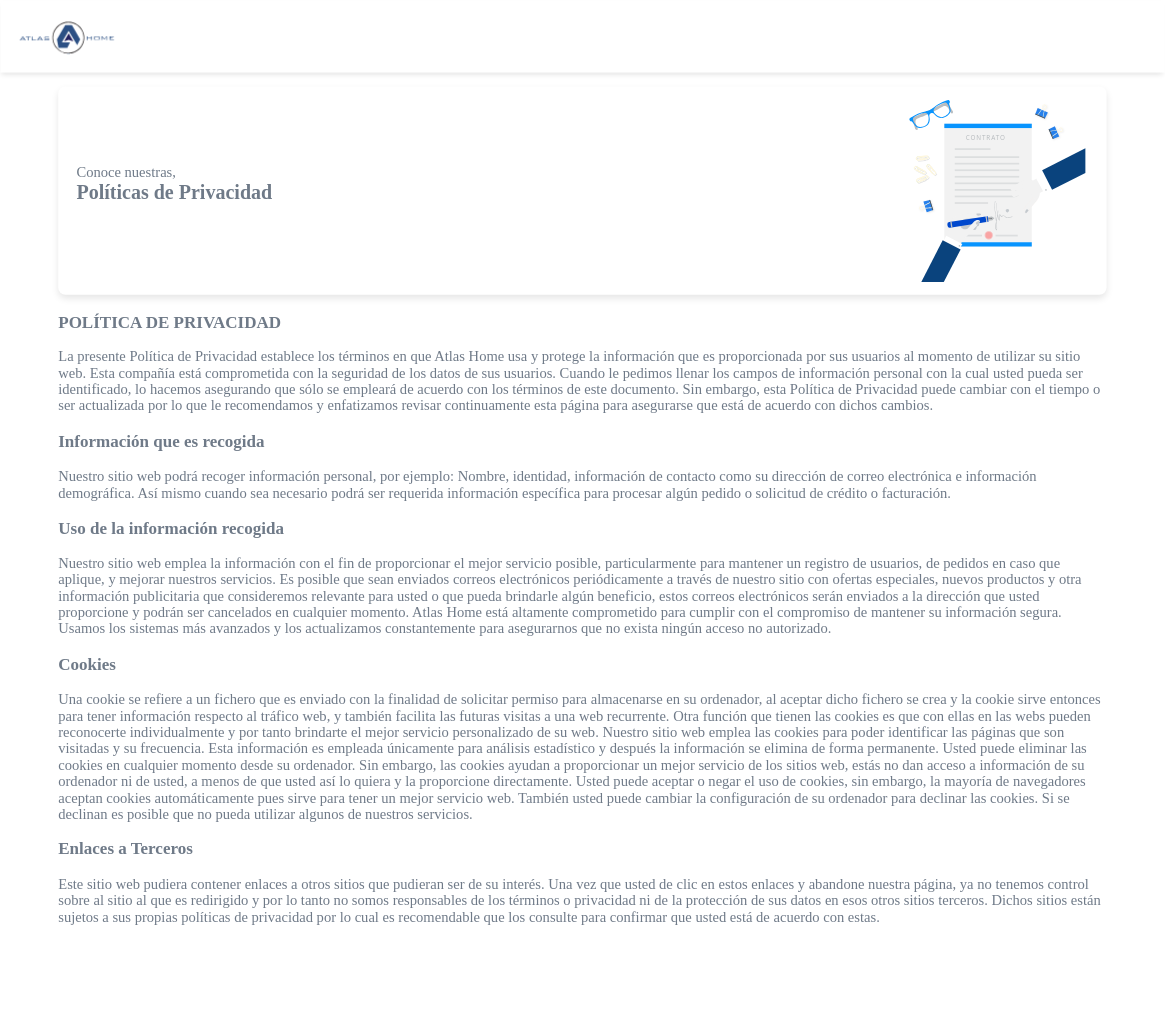
Repository: FabioMadrid/atlas_code
Page: politicas_privacidad.html
The author's editor kept a copy of each file at every save. The page is drawn from the files as they stood at one save, then again after the next save.
The browser window is 1280 px wide. The pictures show the whole page, at 91% of full size.
Some web fonts or font styles are not loaded; a fallback is used. Some web libraries are served in a nearby version.

Above is the page before, as saved 2021-01-13 10:49:57.
Console error: TypeError: Cannot read properties of null (reading 'click')

### politicas_privacidad.html
<!DOCTYPE html>
<html lang="en">
<head>
    <meta charset="UTF-8">
    <meta name="viewport" content="width=device-width, initial-scale=1.0">
    <link rel="stylesheet" href="https://cdnjs.cloudflare.com/ajax/libs/font-awesome/4.7.0/css/font-awesome.min.css">
    <script src="https://kit.fontawesome.com/8bf4511c4b.js" crossorigin="anonymous"></script>
    <link rel="stylesheet" href="css/general.css">
    <link rel="stylesheet" href="css/perfil_vendedor.css">
    <link rel="stylesheet" href="https://atlas-home-colombia.s3.amazonaws.com/fonts/fonts.css">
    <title>Atlas Home</title>
</head>
<body>

    <div class="topnav" id="myTopnav">
        <div class="column-25" style="left: 0;">
            <a href="./index.html">
                <img src="./svg/logo_alargado_azul.svg" alt="Logo Atlas" id="logo-navbar">
            </a>
        </div>

    </div>



    <div class="titulo-inmueble hide-mobile" style="margin-top: 95px;" id="titulo-propiedad">
        <div class="space-between" style="margin-top: 5px;">

            <div class="text">
                <span >Conoce nuestras</span>,
                <br>
                <b style="font-size: 22px;display:block">Políticas de Privacidad</b>
                <br>

            </div>

            <div class="relative-container">

                    <img src="./svg/contrato.svg" alt="Logo Atlas" class="dibujo">

            </div>

        </div>
    </div>


    <section style="margin: 0 5% 100px" class="text">

        <h3> POLÍTICA DE PRIVACIDAD</h3>

        La presente Política de Privacidad establece los términos en que Atlas Home usa y protege la información que es proporcionada por sus usuarios al momento de utilizar su sitio web. Esta compañía está comprometida con la seguridad de los datos de sus usuarios. Cuando le pedimos llenar los campos de información personal con la cual usted pueda ser identificado, lo hacemos asegurando que sólo se empleará de acuerdo con los términos de este documento. Sin embargo, esta Política de Privacidad puede cambiar con el tiempo o ser actualizada por lo que le recomendamos y enfatizamos revisar continuamente esta página para asegurarse que está de acuerdo con dichos cambios.

        <h3>Información que es recogida</h3>
        Nuestro sitio web podrá recoger información personal, por ejemplo: Nombre, identidad, información de contacto como su dirección de correo electrónica e información demográfica. Así mismo cuando sea necesario podrá ser requerida información específica para procesar algún pedido o solicitud de crédito o facturación.

        <h3>Uso de la información recogida</h3>
        Nuestro sitio web emplea la información con el fin de proporcionar el mejor servicio posible, particularmente para mantener un registro de usuarios, de pedidos en caso que aplique, y mejorar nuestros servicios. Es posible que sean enviados correos electrónicos periódicamente a través de nuestro sitio con ofertas especiales, nuevos productos y otra información publicitaria que consideremos relevante para usted o que pueda brindarle algún beneficio, estos correos electrónicos serán enviados a la dirección que usted proporcione y podrán ser cancelados en cualquier momento.

        Atlas Home está altamente comprometido para cumplir con el compromiso de mantener su información segura. Usamos los sistemas más avanzados y los actualizamos constantemente para asegurarnos que no exista ningún acceso no autorizado.

        <h3> Cookies </h3>
        Una cookie se refiere a un fichero que es enviado con la finalidad de solicitar permiso para almacenarse en su ordenador, al aceptar dicho fichero se crea y la cookie sirve entonces para tener información respecto al tráfico web, y también facilita las futuras visitas a una web recurrente. Otra función que tienen las cookies es que con ellas en las webs pueden reconocerte individualmente y por tanto brindarte el mejor servicio personalizado de su web.

        Nuestro sitio web emplea las cookies para poder identificar las páginas que son visitadas y su frecuencia. Esta información es empleada únicamente para análisis estadístico y después la información se elimina de forma permanente. Usted puede eliminar las cookies en cualquier momento desde su ordenador.

        Sin embargo, las cookies ayudan a proporcionar un mejor servicio de los sitios web, estás no dan acceso a información de su ordenador ni de usted, a menos de que usted así lo quiera y la proporcione directamente. Usted puede aceptar o negar el uso de cookies, sin embargo, la mayoría de navegadores aceptan cookies automáticamente pues sirve para tener un mejor servicio web. También usted puede cambiar la configuración de su ordenador para declinar las cookies. Si se declinan es posible que no pueda utilizar algunos de nuestros servicios.

        <h3> Enlaces a Terceros </h3>

        Este sitio web pudiera contener enlaces a otros sitios que pudieran ser de su interés. Una vez que usted de clic en estos enlaces y abandone nuestra página, ya no tenemos control sobre al sitio al que es redirigido y por lo tanto no somos responsables de los términos o privacidad ni de la protección de sus datos en esos otros sitios terceros. Dichos sitios están sujetos a sus propias políticas de privacidad por lo cual es recomendable que los consulte para confirmar que usted está de acuerdo con estas.



    </section>














    <script src="./js/vendedor.js"></script>
    <script src="js/general.js"></script>

</body>
</html>

### css/perfil_vendedor.css
.titulo-inmueble
{
    min-height: 80px;
    width: 90%;
    margin: auto;
    box-shadow: 0 4px 8px 0 rgba(0,0,0,0.1);
    border-radius: 8px;
    padding: 10px 20px;
    overflow: hidden;

}


.titulo-inmueble>h2
{
    margin: 5px 0 5px 0;
}
.titulo-propiedades
{
    font:"Forma DJR Text Edu" medium ;
    color: #0048CD;
    text-align: left;
}
.space-between
{
    justify-content: space-between;
    display: flex;
    display: -webkit-flex; /* Safari */
    flex-flow: row nowrap;
    align-items: center;
}
.text-t
{
    font-family:"Forma DJR Text Edu";
    color: #6F7A88;
    font-size: 16px;
    padding: 5px;
}

.dot {
    height: 12px;
    width: 12px;
    margin: 0 2px;
    background-color: #0894FE;
    border-radius: 50%;
    display: inline-block;
  }

.logo_empresa
{
    height: 100px;
    width: 100px;
    border-radius: 50%;
    vertical-align: middle;
    background-blend-mode: multiply;
    color: transparent;
    transition: all .3s ease;
    cursor: pointer;
}
.thumbnail
{
    height: 60px;
    width: 60px;
    border-radius: 50%;
    vertical-align: middle;
}
.upload_boton {
    opacity: 0;
    position: absolute;
    z-index: -1;
 }

 .info-card
 {
     height: 130px;
     width: 150px;
     margin:.7em;
     box-shadow: 0 4px 8px 0 rgba(0,0,0,0.2);
     border-radius: 8px;
     padding: none;
     overflow: hidden;
     padding: 10px;
 }
 .info-card:hover, .cita-card:hover
{
    box-shadow: 0 8px 16px 0 rgba(0,0,0,0.2);
    cursor: pointer;
}

 .cita-card
 {
     height: 250px;
     width: 250px;
     margin:.7em;
     box-shadow: 0 4px 8px 0 rgba(0,0,0,0.2);
     border-radius: 8px;
     padding: none;
     overflow: hidden;
     padding: 10px;
 }

 /*-------- Cards de propiedades--------*/
 .atlas-card
{
    height: 290px;
    width: 300px;
    margin:.7em;
    box-shadow: 0 4px 8px 0 rgba(0,0,0,0.2);
    transition: 0.3s;
    border-radius: 8px;
    padding: none;
    overflow: hidden;
}
.image-card
{
    height: 170px;
    width: 100%;
    object-fit: cover;
    vertical-align: middle;
}
.columna_modal_cita
{
  width: 45%;
  margin-top: 15px;
}


.contenedor-beneficios
{
    display: flex;
    flex-flow: row wrap;
    justify-content: flex-start;
    width: 90%;
    margin: auto;
}
.card-container
{
    display: flex;
    flex-flow: row nowrap;
    justify-content: space-around;
}
.icons
{
    height: 50px;
}
.cambiar_foto
{
    position: absolute;
    right: 0;
    bottom: 0;
    width: 20px;
    height:20px;
    background-color: white;
}
.dibujo
{
    width: 200px;
    height: 200px;
}

/*----------Clases de los accordiones ----------*/
.accordion {
    background-color: white;
    color: #444;
    cursor: pointer;
    padding: 18px;
    width: 100%;
    border: none;
    text-align: left;
    outline: none;
    font-size: 15px;
    transition: 0.4s;
    box-shadow: 0 4px 8px 0 rgba(0,0,0,0.1);
    margin-bottom: 1px;
  }

  .active-accordion, .accordion:hover
  {
    color: #0894FE;
    border-bottom: 1px solid #0894FE;
  }

  .accordion:after {
    content: 'Editar';
    color:#0894FE;
    font-weight: bold;
    float: right;
    margin-left: 5px;
  }

  .active-accordion:after {
    content: "Cancelar";
  }

  .panel {
    padding: 0 20px;
    background-color: white;
    max-height: 0;
    overflow: hidden;
    transition: max-height 0.2s ease-out;
    box-shadow: 0 4px 8px 0 rgba(0,0,0,0.1);
  }

  .text_blue
  {
      color: #0894FE ;
  }

  .tabcontent
{
    display: none;
    animation: fadeEffect 0.5s; /* Fading effect takes 1 second */
}


.b-tipo-cita
{
    color: #6F7A88;
    border-bottom: 1px solid #6F7A88;
    display: block;
    text-align: center;
    width: 25%;
    margin-top: 0;
    cursor: pointer;
    outline: none;
    padding: 10px;
    background-color: white;
}

.b-tipo-cita.active
{
  border-bottom: 2px solid #2680EB;
  color: #2680EB;
  font-weight: bold;
}

  /* The container */
  .checkbox {
    display: inline-block;
    position: relative;
    width: 100%;
    padding: 7px 0 7px 35px;
    margin: 12px 0;
    cursor: pointer;
    font-size: 16px;
    -webkit-user-select: none;
    -moz-user-select: none;
    -ms-user-select: none;
    user-select: none;
  }

  /* Hide the browser's default checkbox */
  .checkbox>input {
    position: absolute;
    opacity: 0;
    cursor: pointer;
    height: 0;
    width: 0;
  }

  /* Create a custom checkbox */
  .checkmark {
    position: absolute;
    left: 0;
    height: 22px;
    width: 22px;
    border: 3px solid #3B5A80;
    border-radius: 3px;
    background-color: #eee;
  }

  /* On mouse-over, add a grey background color */
  .checkbox:hover>input ~ .checkmark {
    background-color: #ccc;
  }

  /* When the checkbox is checked, add a blue background */
  .checkbox>input:checked ~ .checkmark {
    background-color: #0894FE;
    border: none;
  }

  /* Create the checkmark/indicator (hidden when not checked) */
  .checkmark:after {
    content: "";
    position: absolute;
    display: none;
  }

  /* Show the checkmark when checked */
  .checkbox>input:checked ~ .checkmark:after {
    display: block;
  }

  /* Style the checkmark/indicator */
  .checkbox .checkmark:after {
    left: 9px;
    top: 5px;
    width: 5px;
    height: 10px;
    border: solid white;
    border-width: 0 3px 3px 0;
    -webkit-transform: rotate(45deg);
    -ms-transform: rotate(45deg);
    transform: rotate(45deg);
  }

/* tabla para historial de citas */
.citas {
  border-collapse: collapse;
  width: 100%;
}

.citas td, .citas th {
  border: 1px solid #ddd;
  padding: 8px;
}

.citas tr:nth-child(even){background-color: #f2f2f2;}

.citas tr:hover {background-color: #ddd;cursor:pointer}

.citas th {
  padding-top: 12px;
  padding-bottom: 12px;
  text-align: left;
  background-color: #0048CD;
  color: white;
}


.contenedor_x
{
  display: flex;
  justify-content: space-between;
  flex-flow: row wrap;
}

.boton_azul
{
    color: #0894FE;
    background-color: white;
    border: #0894FE solid 1px;
    padding: 4px 8px;
    border-radius: 5px;
    display: block;
    width: 40%;
    height: 40px;
    font-size:16px;
    transition: background-color 0.4s;
    outline: none;
    margin: 8px 10px;
    text-align: center;
    min-width: 120px;
}

/*------------Step form en modal de citas -------*/

/* Styling Parts */
#part1,
#part2
{
  z-index: 2;
  display: block;
  height: auto;
  opacity: 1;
  transition: opacity 1s ease-in-out;
}

/* Hidden Parts */
#part2 {
  opacity: 0;
  height: 0;
  overflow: hidden;
}

/* Show Step 2 & Hide Step 1 */
#step2:checked ~ #part2 {
  opacity: 1;
  height: auto;
}
#step2:checked ~ #part1 {
  opacity: 0;
  height: 0;
  display: none;
}

@media screen and (max-width: 1500px)
{

  .columna_modal_cita
  {
    width: 35%;
  }


}

@media screen and (max-width: 1200px)
{

    .contenedor-beneficios
    {
        flex-flow: row wrap;
    }
    .contenedor_x
  {
    justify-content: center;
  }
  .columna_modal_cita
  {
    width: 100%;
  }

}

@media screen and (max-width: 765px)
{

    .contenedor-beneficios
    {
        justify-content: space-around;
    }
    .text-align
    {
        text-align: center;
    }

    .atlas-card
    {
        width: 100%;
    }
    .card-container
    {
        flex-flow: row wrap;
    }
    .main-text
    {
        font-size: 45px;
        margin: 0 5%;
    }
    .dibujo
    {
        margin: 20px auto;
    }
    .b-tipo-cita
    {
      width: 50%;
    }

}

@media screen and (max-width: 400px)
{
    .info-card
    {
        width: 250px;
    }
    .space-between
    {
        justify-content: center;
        flex-flow: row wrap;
    }

    .logo_empresa
    {
        margin: 20px auto;
    }

}

Loaded but not shown: js/general.js (175 lines, source omitted); js/vendedor.js (36 lines, source omitted); css/general.css (885 lines, source omitted)

After the next save:
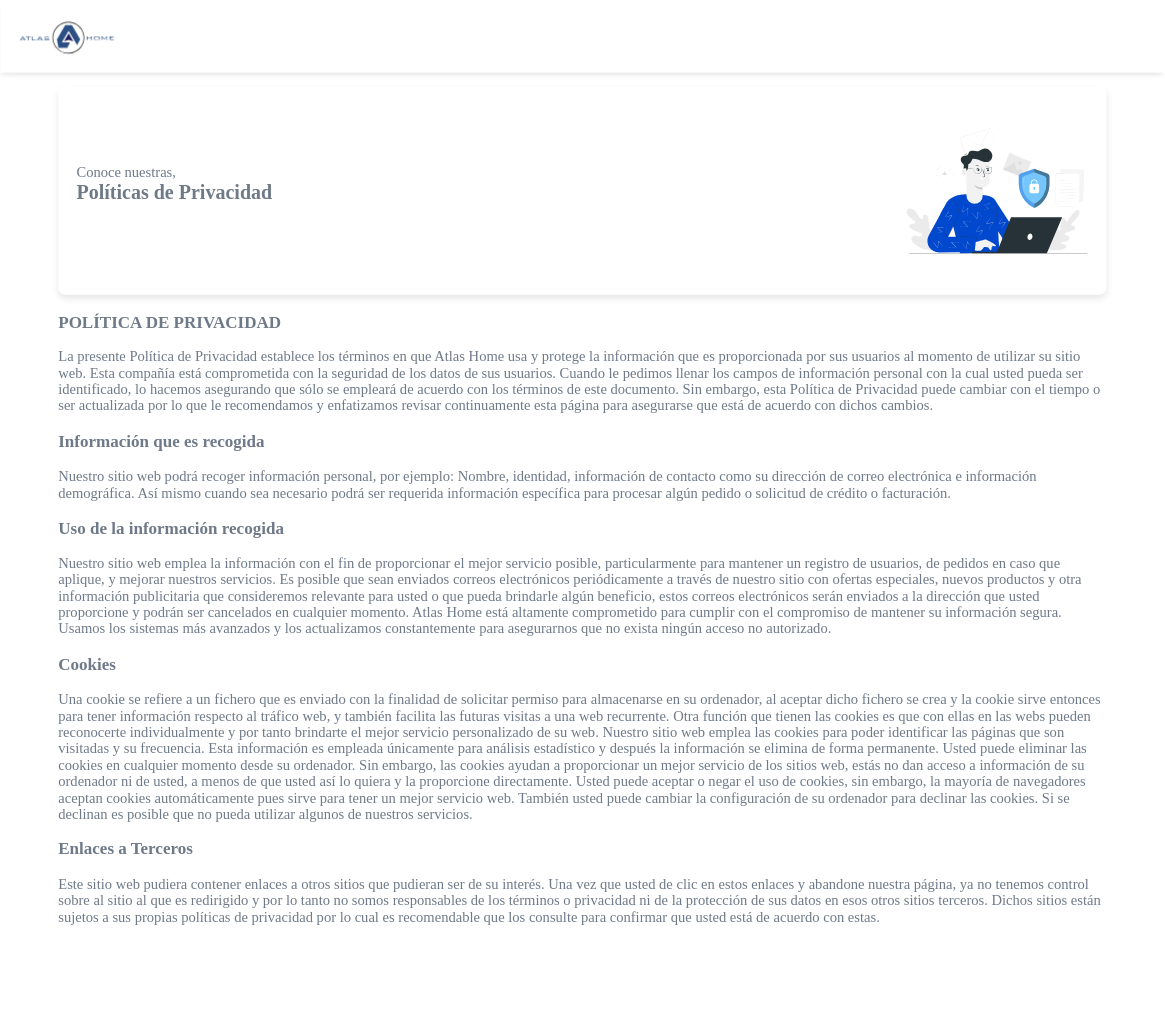
Saved 4 min 42 s later.
--- a/politicas_privacidad.html
+++ b/politicas_privacidad.html
@@ -36,7 +36,7 @@
 
             <div class="relative-container">
 
-                    <img src="./svg/contrato.svg" alt="Logo Atlas" class="dibujo">
+                    <img src="./svg/hombre_cyberseguridad.svg" alt="Logo Atlas" class="dibujo">
 
             </div>
 
